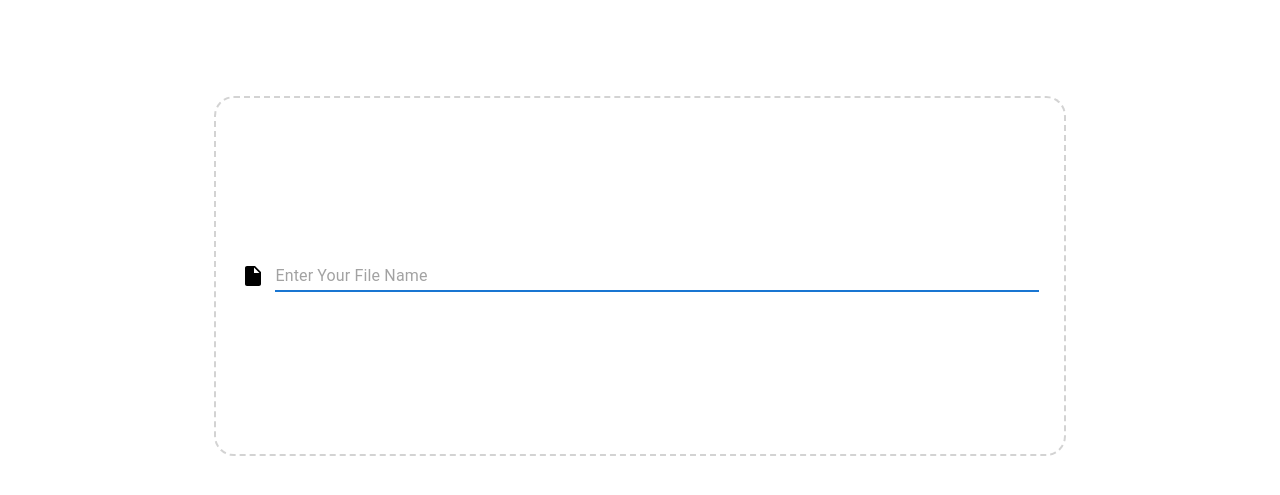
Repository: BhushanPatil-121/pdf-upload-nextjs
Page: /
The author's editor kept a copy of each file at every save. The page is drawn from the files as they stood at one save, then again after the next save.
The browser window is 1280 px wide. The pictures show the whole page.
The project was rebuilt for these pictures with package versions that can differ from the ones it lists, and the page was loaded fresh each time. The framework's server and built-in components were replaced by stand-ins that run in the browser. Also part of the build but not shown: next.config.mjs.

Above is the page before, as saved 2024-02-29 11:34:34.

After the next save:
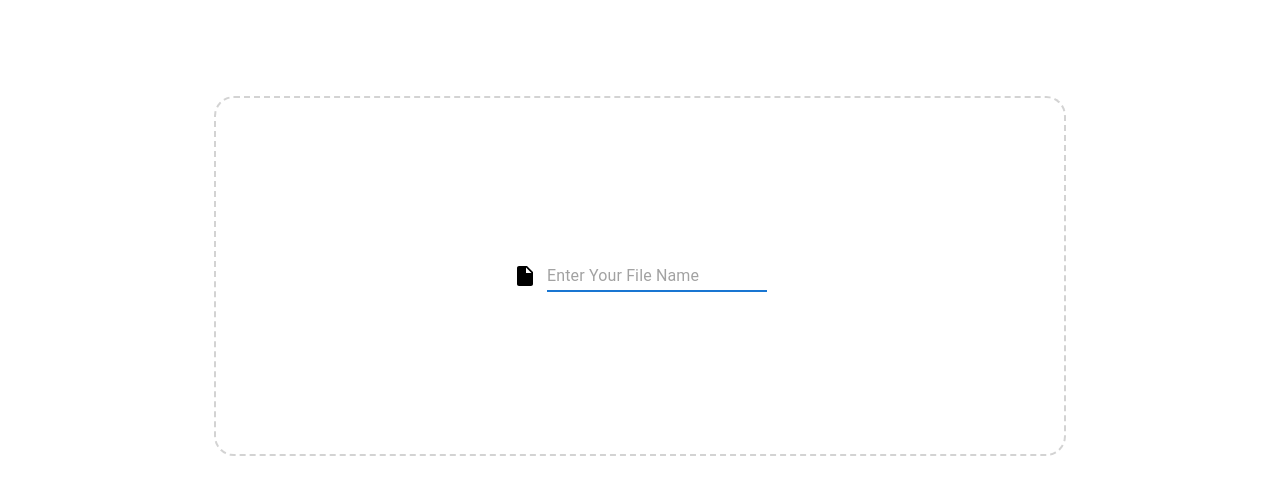
Saved 41 s later.
--- a/src/app/page.tsx
+++ b/src/app/page.tsx
@@ -50,7 +50,7 @@ export default function Home() {
         sx={{  height: '50vh' }}>
            <div className={styles.mainFormSubContainer1}>
               <InsertDriveFileIcon />
-              <Box sx={{width:'90%'}}>
+              <Box >
               <TextField
                 id="standard-basic"
                 fullWidth
